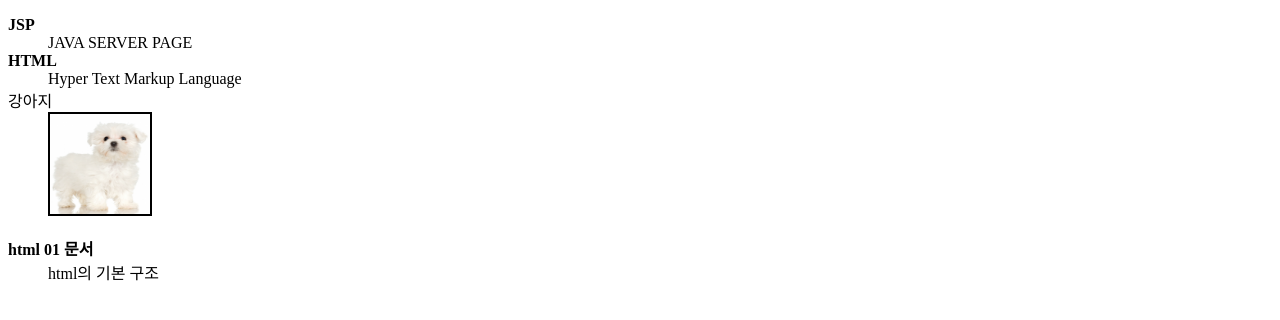
Repository: salee1023/JSP_Practice
Page: HTML_CSS_JS_practice01/src/main/webapp/html02.htm
The author's editor kept a copy of each file at every save. The page is drawn from the files as they stood at one save, then again after the next save.
The browser window is 1280 px wide. The pictures show the whole page.

Above is the page before, as saved 2021-08-16 10:29:57.

### HTML_CSS_JS_practice01/src/main/webapp/html02.htm
<!DOCTYPE html>
<html>
<head>
<meta charset="EUC-KR">
<title>Insert title here</title>
</head>
<body>
	<dl> <!-- Dictionary List -->
		<dt><b>JSP</b></dt>
		<dd>JAVA SERVER PAGE</dd>
		<dt><strong>HTML</strong></dt>
		<dd>Hyper Text Markup Language</dd>
		<dt>강아지</dt>
		<dd><img src="img/1.PNG" width="100" height="100" border="2"></dd>
	</dl>

	<dt><b>html 01 문서</b></dt>
	<dd>html의 기본 구조</dd>
</body>
</html>

After the next save:
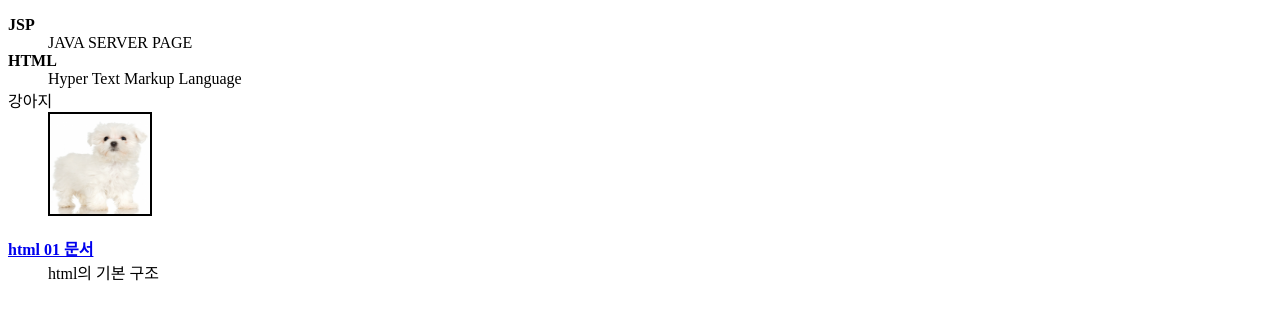
Saved 72 s later.
--- a/HTML_CSS_JS_practice01/src/main/webapp/html02.htm
+++ b/HTML_CSS_JS_practice01/src/main/webapp/html02.htm
@@ -14,7 +14,8 @@
 		<dd><img src="img/1.PNG" width="100" height="100" border="2"></dd>
 	</dl>
 
-	<dt><b>html 01 문서</b></dt>
+	<!-- <a> 링크를 걸때 사용하는 태그 : 특정 페이지로 이동할 수 있다. -->
+	<dt><b><a href="html01.htm">html 01 문서</a></b></dt>
 	<dd>html의 기본 구조</dd>
 </body>
 </html>
